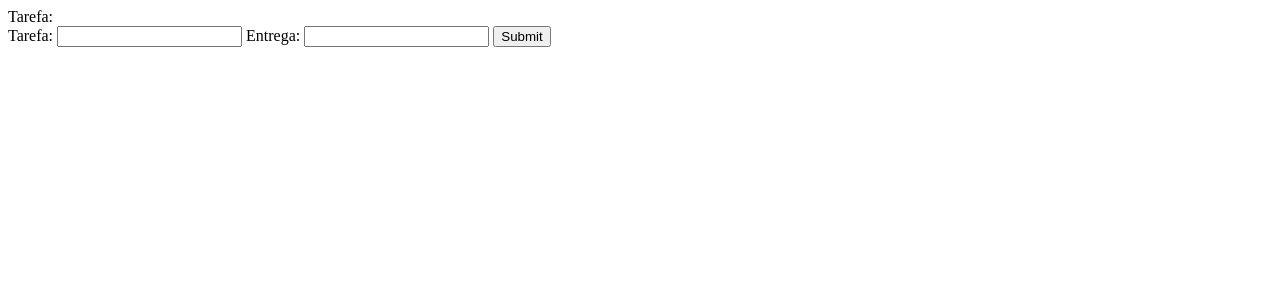
Repository: sophiaks/CRUD
Page: WorkspaceP1/Projeto1/WebContent/form.html
An editor plug-in stored every save of this project. The page is shown before and after a run of saves, followed by the edit.
The browser window is 1280 px wide. The pictures show the whole page.

Above is the page before, as saved 2020-09-20 16:49:06.

### WorkspaceP1/Projeto1/WebContent/form.html
<!DOCTYPE html>
<html>
<head>
<meta charset="ISO-8859-1">
<title>Idade</title>
</head>
<body>
	Tarefa:<br />
	<form action="adicionaTarefa.jsp">
		Tarefa: <input type="text" name="tarefa"/>
		Entrega: <input type="text" name="entrega"/>
		<input type="submit" />
	</form>
</body>
</html>

After the next 2 saves:
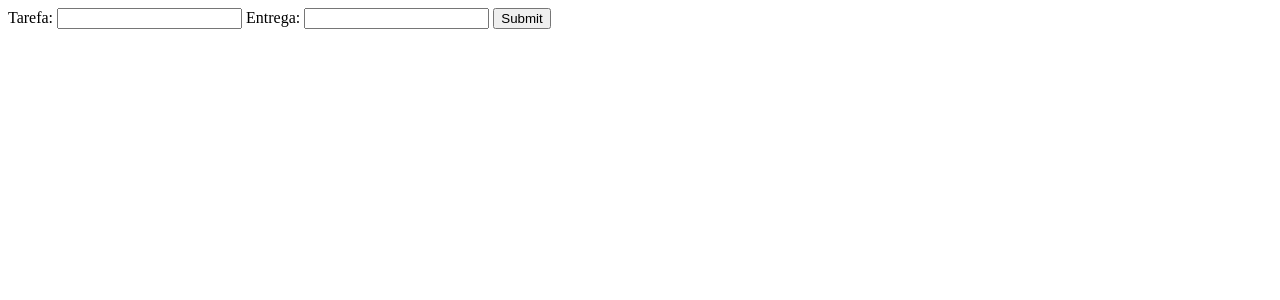
The 2 saves are shown as one change because they came seconds apart.
The last was saved 14 s later.
--- a/WorkspaceP1/Projeto1/WebContent/form.html
+++ b/WorkspaceP1/Projeto1/WebContent/form.html
@@ -2,10 +2,9 @@
 <html>
 <head>
 <meta charset="ISO-8859-1">
-<title>Idade</title>
+<title>Tarefa</title>
 </head>
 <body>
-	Tarefa:<br />
 	<form action="adicionaTarefa.jsp">
 		Tarefa: <input type="text" name="tarefa"/>
 		Entrega: <input type="text" name="entrega"/>
